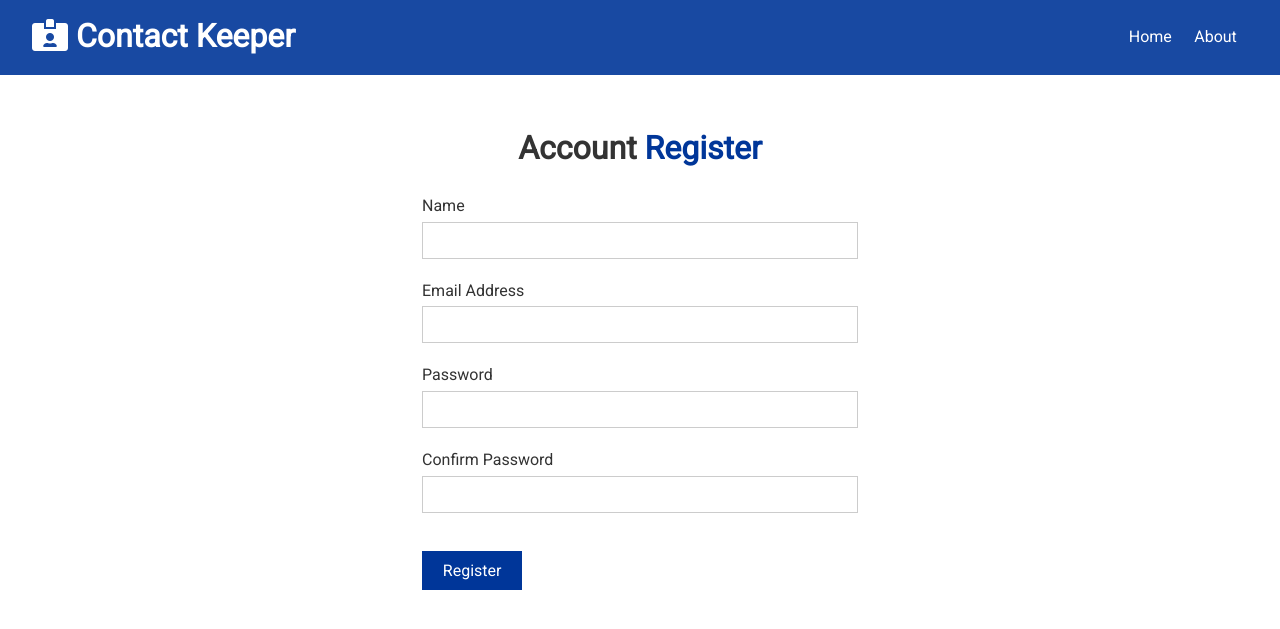
Repository: Takudzwa413/Contact-Keeper
Page: /register (app in client/)
An editor plug-in stored every save of this project. The page is shown before and after the next save, followed by the edit.
The browser window is 1280 px wide. The pictures show the whole page.
Some web libraries are served in a nearby version. The project was rebuilt for these pictures with package versions that can differ from the ones it lists, and the page was loaded fresh each time. Also part of the build but not shown: client/src/components/contacts/ContactItem.js, client/src/components/contacts/Contacts.js, client/src/components/contacts/ContactForm.js, client/src/components/contacts/ContactFilter.js, client/src/components/pages/Home.js, client/src/components/pages/About.js, client/src/components/auth/Login.js.

Above is the page before, as saved 2020-06-20 10:16:53.

After the next save:
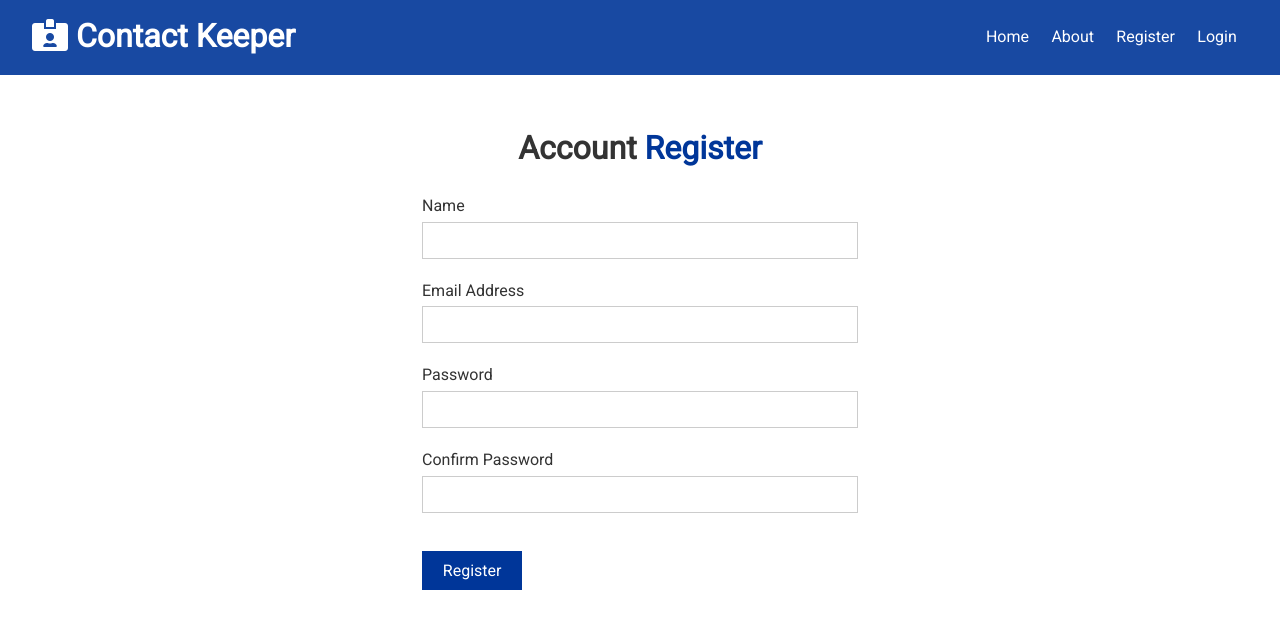
Saved 3 min 2 s later.
--- a/client/src/components/layout/Navbar.js
+++ b/client/src/components/layout/Navbar.js
@@ -16,6 +16,12 @@
                 <li>
                     <Link to='/about'>About</Link>
                 </li>
+                <li>
+                    <Link to='/register'>Register</Link>
+                </li>
+                <li>
+                    <Link to='/login'>Login</Link>
+                </li>
             </ul>
         </div>
     )
